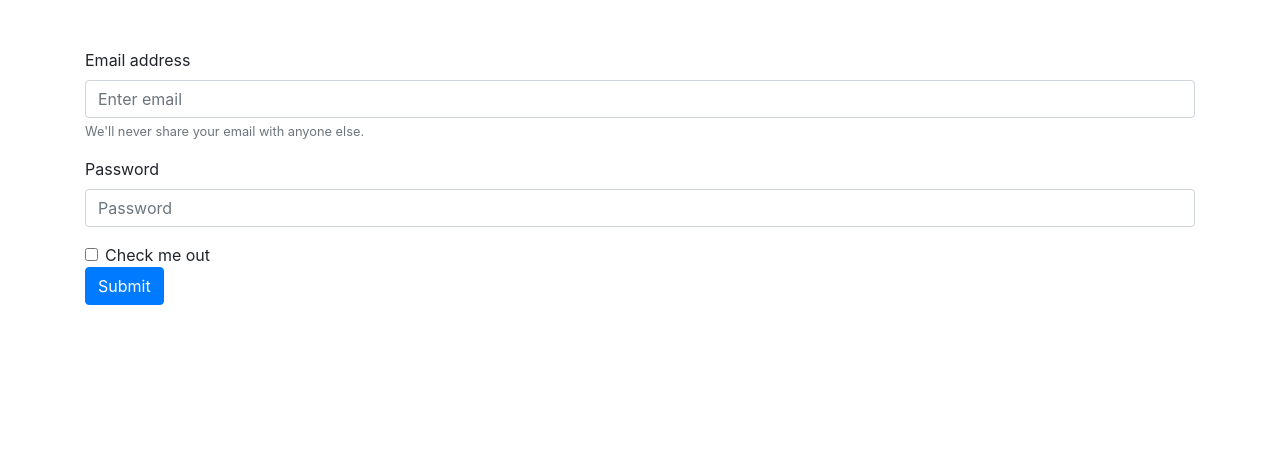
Repository: wanderwisecoder/spring_framework_learnings
Page: http://localhost/SpringMVC/contact
An editor plug-in stored every save of this project. The page is shown before and after the next save, followed by the edit.
The browser window is 1280 px wide. The pictures show the whole page.
Some web libraries are served in a nearby version. The page is served by Tomcat 9. Other server files are loaded and not shown.

Above is the page before, as saved 2023-12-19 08:42:13.

### SpringMVC/src/main/webapp/WEB-INF/spring-servlet.xml
<?xml version="1.0" encoding="UTF-8"?>
<beans xmlns="http://www.springframework.org/schema/beans"
	xmlns:xsi="http://www.w3.org/2001/XMLSchema-instance"
	xmlns:context="http://www.springframework.org/schema/context"
	xmlns:p="http://www.springframework.org/schema/p"
	xsi:schemaLocation="http://www.springframework.org/schema/beans
  https://www.springframework.org/schema/beans/spring-beans.xsd
  http://www.springframework.org/schema/context
  http://www.springframework.org/schema/context/spring-context.xsd">

<context:component-scan base-package="springmvc.controller"/>

	<bean
		class="org.springframework.web.servlet.view.InternalResourceViewResolver"
		name="viewResolver">

		<property name="prefix" value="/WEB-INF/views/"></property>

		<property name="suffix" value=".jsp"></property>
	</bean>


	<!-- more bean definitions go here -->
</beans>

### SpringMVC/src/main/webapp/WEB-INF/views/contact.jsp
<!doctype html>
<html lang="en">
<head>
<!-- Required meta tags -->
<meta charset="utf-8">
<meta name="viewport"
	content="width=device-width, initial-scale=1, shrink-to-fit=no">

<!-- Bootstrap CSS -->
<link rel="stylesheet"
	href="https://cdn.jsdelivr.net/npm/bootstrap@4.0.0/dist/css/bootstrap.min.css"
	integrity="sha384-Gn5384xqQ1aoWXA+058RXPxPg6fy4IWvTNh0E263XmFcJlSAwiGgFAW/dAiS6JXm"
	crossorigin="anonymous">

<title>Hello, world!</title>
</head>
<body>
	<div class="container  mt-5">
		<form>
			<div class="form-group">
				<label for="exampleInputEmail1">Email address</label> <input
					type="email" class="form-control" id="exampleInputEmail1"
					aria-describedby="emailHelp" placeholder="Enter email"> <small
					id="emailHelp" class="form-text text-muted">We'll never
					share your email with anyone else.</small>
			</div>
			<div class="form-group">
				<label for="exampleInputPassword1">Password</label> <input
					type="password" class="form-control" id="exampleInputPassword1"
					placeholder="Password">
			</div>
			<div class="form-check">
				<input type="checkbox" class="form-check-input" id="exampleCheck1">
				<label class="form-check-label" for="exampleCheck1">Check me
					out</label>
			</div>
			<button type="submit" class="btn btn-primary">Submit</button>
		</form>
	</div>

	<!-- Optional JavaScript -->
	<!-- jQuery first, then Popper.js, then Bootstrap JS -->
	<script src="https://code.jquery.com/jquery-3.2.1.slim.min.js"
		integrity="sha384-KJ3o2DKtIkvYIK3UENzmM7KCkRr/rE9/Qpg6aAZGJwFDMVNA/GpGFF93hXpG5KkN"
		crossorigin="anonymous"></script>
	<script
		src="https://cdn.jsdelivr.net/npm/popper.js@1.12.9/dist/umd/popper.min.js"
		integrity="sha384-ApNbgh9B+Y1QKtv3Rn7W3mgPxhU9K/ScQsAP7hUibX39j7fakFPskvXusvfa0b4Q"
		crossorigin="anonymous"></script>
	<script
		src="https://cdn.jsdelivr.net/npm/bootstrap@4.0.0/dist/js/bootstrap.min.js"
		integrity="sha384-JZR6Spejh4U02d8jOt6vLEHfe/JQGiRRSQQxSfFWpi1MquVdAyjUar5+76PVCmYl"
		crossorigin="anonymous"></script>
</body>
</html>

### SpringMVC/src/main/java/springmvc/controller/ContactController.java
package springmvc.controller;

import org.springframework.stereotype.Controller;
import org.springframework.web.bind.annotation.RequestMapping;

@Controller
public class ContactController {
	@RequestMapping("/contact")
	public String showForm() {

		return "contact";

	}
}

### SpringMVC/src/main/java/springmvc/controller/HomeController.java
package springmvc.controller;

import java.time.LocalDateTime;
import java.util.ArrayList;
import java.util.List;

import org.springframework.stereotype.Controller;
import org.springframework.ui.Model;
import org.springframework.web.bind.annotation.RequestMapping;
import org.springframework.web.servlet.ModelAndView;

@Controller
public class HomeController {

	@RequestMapping("/home")
	public String home(Model model) {
		model.addAttribute("age", 54);
		System.out.println("This is home controller/url.!");
		model.addAttribute("name", "Roshan");

		model.addAttribute("id", 1234);
		return "index";
	}

	@RequestMapping("/about")
	public String about() {
		System.out.println("This is about controller/url.!");
		return "about";
	}


	//services
	//help
	@RequestMapping("/help")
	public ModelAndView help() {
		System.out.println("This is help controller/url.!");

		//creating ModelAndView object
		ModelAndView modelAndView =  new ModelAndView();

		//setting the data
		modelAndView.addObject("name","Uttam");
		modelAndView.addObject("rollNumber",11222);

		LocalDateTime now = LocalDateTime.now();
		modelAndView.addObject("time", now);

		//List Object
		List<Integer> list = new ArrayList<Integer>();
		list.add(34);
		list.add(87);
		list.add(92);
		list.add(67);
		list.add(45);

		modelAndView.addObject("marks",list);

		//setting the view name
		modelAndView.setViewName("help");


		return modelAndView;
	}

}

After the next save:
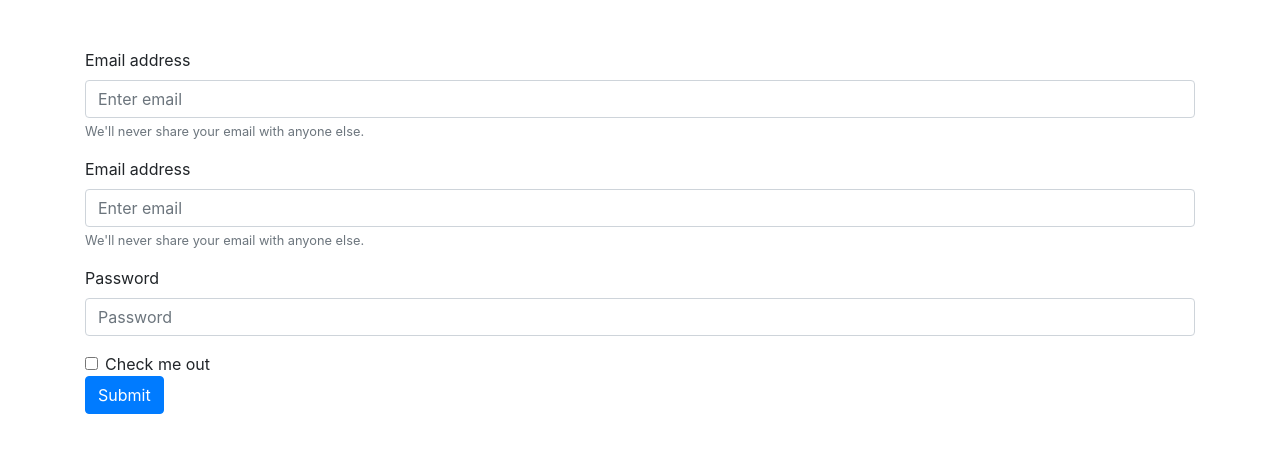
Saved 4 min 25 s later.
--- a/SpringMVC/src/main/webapp/WEB-INF/views/contact.jsp
+++ b/SpringMVC/src/main/webapp/WEB-INF/views/contact.jsp
@@ -17,6 +17,13 @@
 <body>
 	<div class="container  mt-5">
 		<form>
+			<div class="form-group">
+				<label for="exampleInputEmail1">Email address</label> <input
+					type="email" class="form-control" id="exampleInputEmail1"
+					aria-describedby="emailHelp" placeholder="Enter email"> <small
+					id="emailHelp" class="form-text text-muted">We'll never
+					share your email with anyone else.</small>
+			</div>
 			<div class="form-group">
 				<label for="exampleInputEmail1">Email address</label> <input
 					type="email" class="form-control" id="exampleInputEmail1"
